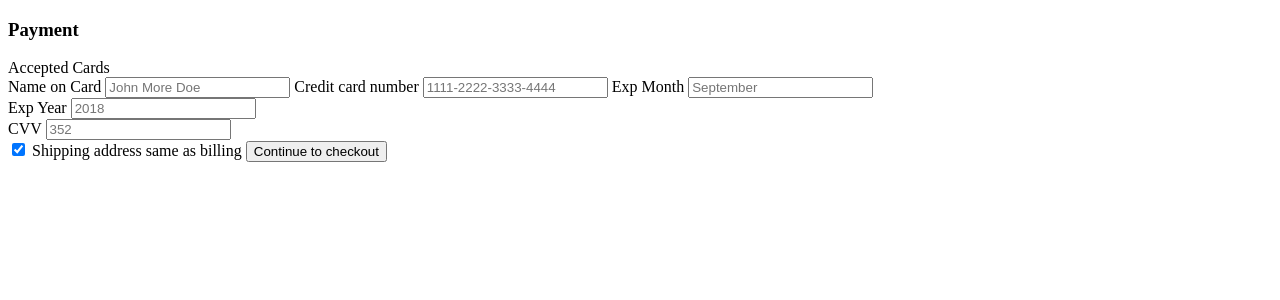
Repository: Pranathi99/FlyAway
Page: http://localhost/FlyAway/payment.jsp
The author's editor kept a copy of each file at every save. The page is drawn from the files as they stood at one save, then again after the next save.
The browser window is 1280 px wide. The pictures show the whole page.
The page is served by Tomcat 9. Other server files are loaded and not shown.

Above is the page before, as saved 2023-03-25 17:20:52.

### FlyAway/src/main/webapp/payment.jsp
<%@ page language="java" contentType="text/html; charset=ISO-8859-1"
    pageEncoding="ISO-8859-1"%>
<!DOCTYPE html>
<html>
<head>
<meta charset="ISO-8859-1">
<title>Insert title here</title>
</head>
<body>
	<div class="col-50">
            <h3>Payment</h3>
            <label for="fname">Accepted Cards</label>
            <div class="icon-container">
              <i class="fa fa-cc-visa" style="color:navy;"></i>
              <i class="fa fa-cc-amex" style="color:blue;"></i>
              <i class="fa fa-cc-mastercard" style="color:red;"></i>
              <i class="fa fa-cc-discover" style="color:orange;"></i>
            </div>
            <label for="cname">Name on Card</label>
            <input type="text" id="cname" name="cardname" placeholder="John More Doe">
            <label for="ccnum">Credit card number</label>
            <input type="text" id="ccnum" name="cardnumber" placeholder="1111-2222-3333-4444">
            <label for="expmonth">Exp Month</label>
            <input type="text" id="expmonth" name="expmonth" placeholder="September">

            <div class="row">
              <div class="col-50">
                <label for="expyear">Exp Year</label>
                <input type="text" id="expyear" name="expyear" placeholder="2018">
              </div>
              <div class="col-50">
                <label for="cvv">CVV</label>
                <input type="text" id="cvv" name="cvv" placeholder="352">
              </div>
            </div>
          </div>

        </div>
        <label>
          <input type="checkbox" checked="checked" name="sameadr"> Shipping address same as billing
        </label>
        <input type="submit" value="Continue to checkout" class="btn">
      </form>
    </div>
  </div>
</body>
</html>

After the next save:
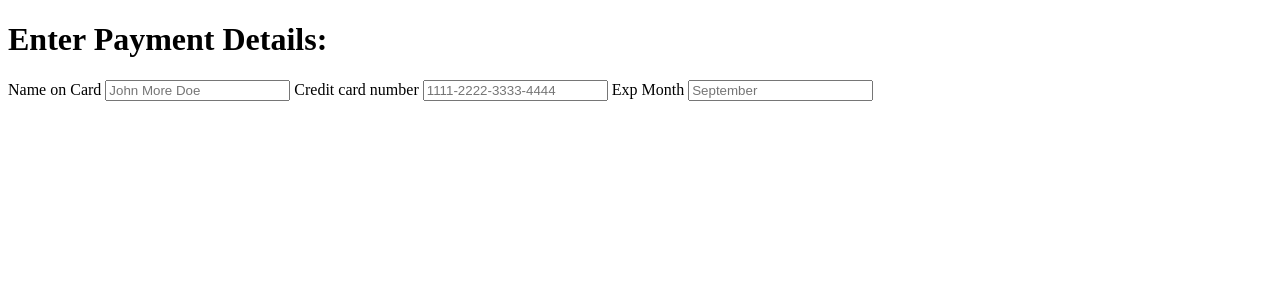
Saved 8 min 30 s later.
--- a/FlyAway/src/main/webapp/payment.jsp
+++ b/FlyAway/src/main/webapp/payment.jsp
@@ -7,41 +7,12 @@
 <title>Insert title here</title>
 </head>
 <body>
-	<div class="col-50">
-            <h3>Payment</h3>
-            <label for="fname">Accepted Cards</label>
-            <div class="icon-container">
-              <i class="fa fa-cc-visa" style="color:navy;"></i>
-              <i class="fa fa-cc-amex" style="color:blue;"></i>
-              <i class="fa fa-cc-mastercard" style="color:red;"></i>
-              <i class="fa fa-cc-discover" style="color:orange;"></i>
-            </div>
-            <label for="cname">Name on Card</label>
-            <input type="text" id="cname" name="cardname" placeholder="John More Doe">
-            <label for="ccnum">Credit card number</label>
-            <input type="text" id="ccnum" name="cardnumber" placeholder="1111-2222-3333-4444">
-            <label for="expmonth">Exp Month</label>
-            <input type="text" id="expmonth" name="expmonth" placeholder="September">
-
-            <div class="row">
-              <div class="col-50">
-                <label for="expyear">Exp Year</label>
-                <input type="text" id="expyear" name="expyear" placeholder="2018">
-              </div>
-              <div class="col-50">
-                <label for="cvv">CVV</label>
-                <input type="text" id="cvv" name="cvv" placeholder="352">
-              </div>
-            </div>
-          </div>
-
-        </div>
-        <label>
-          <input type="checkbox" checked="checked" name="sameadr"> Shipping address same as billing
-        </label>
-        <input type="submit" value="Continue to checkout" class="btn">
-      </form>
-    </div>
-  </div>
+	<h1>Enter Payment Details:</h1>
+	<label >Name on Card</label>
+    <input type="text" id="cname" name="cardname" placeholder="John More Doe">
+    <label for="ccnum">Credit card number</label>
+    <input type="text" id="ccnum" name="cardnumber" placeholder="1111-2222-3333-4444">
+    <label for="expmonth">Exp Month</label>
+    <input type="text" id="expmonth" name="expmonth" placeholder="September">
 </body>
 </html>
